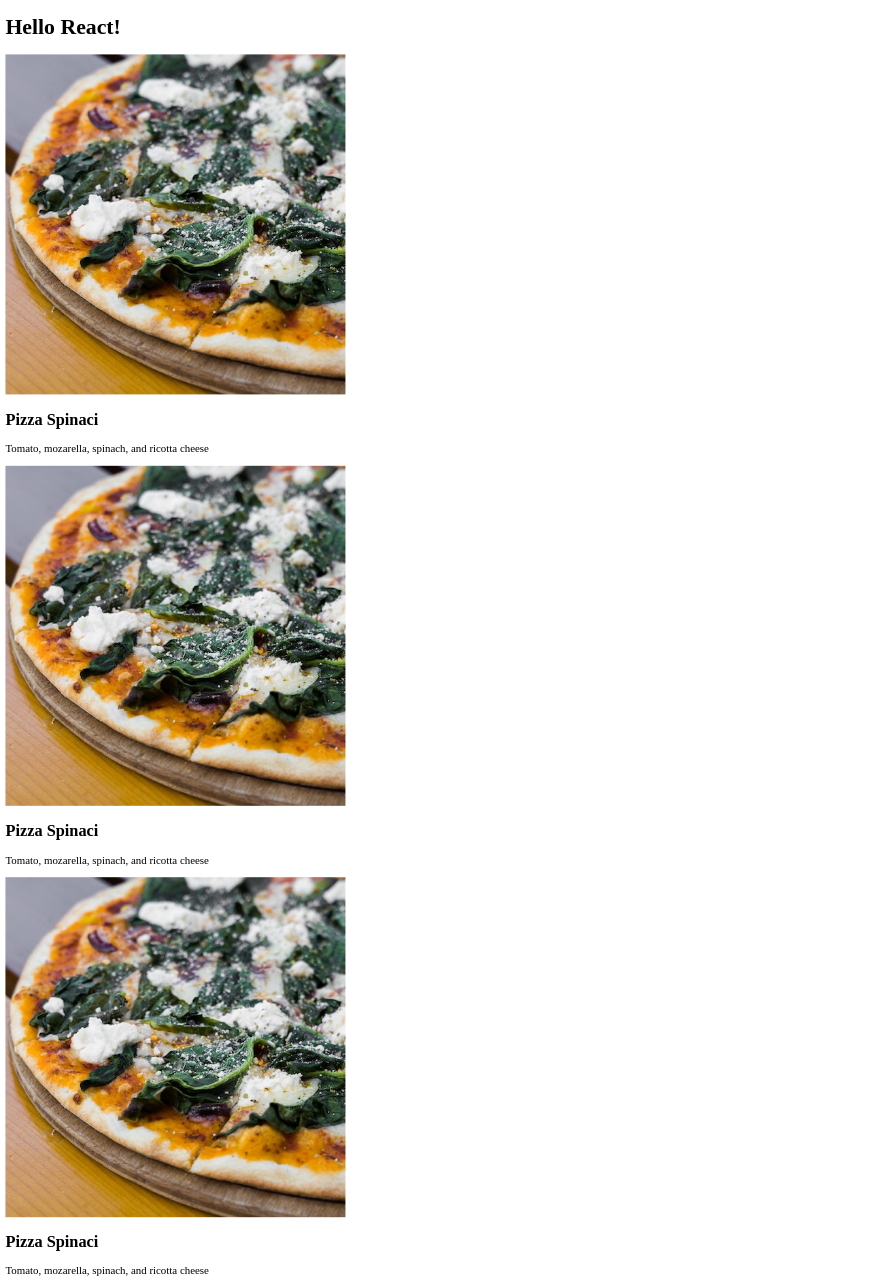
Repository: Alphosmart/03_pizza-menu
Page: /
The author's editor kept a copy of each file at every save. The page is drawn from the files as they stood at one save, then again after a run of saves.
The browser window is 1280 px wide. The pictures show the whole page, at 68% of full size.
The project was rebuilt for these pictures with package versions that can differ from the ones it lists, and the page was loaded fresh each time.

Above is the page before, as saved 2024-05-26 17:21:17.

After the next 2 saves:
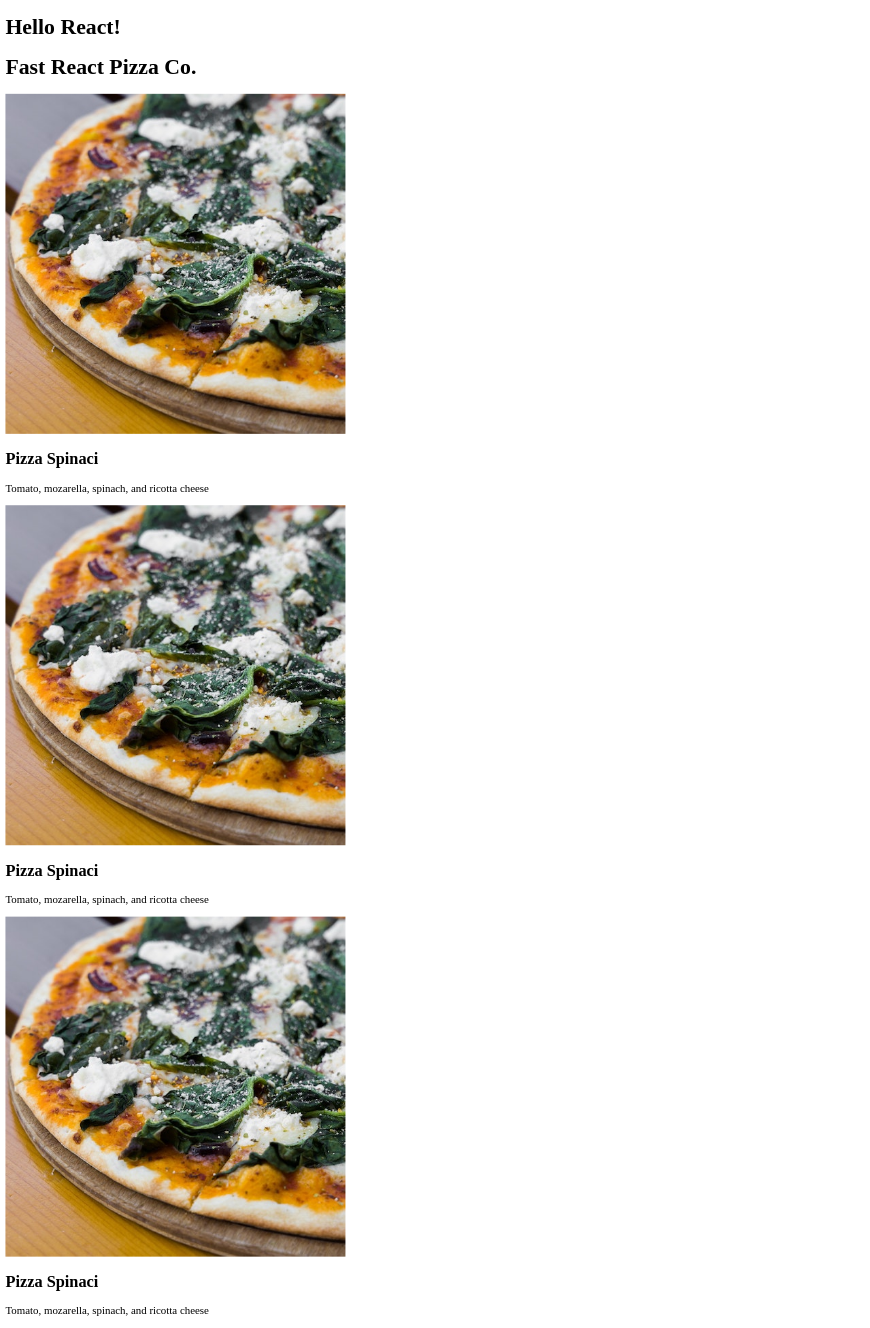
The 2 saves are shown as one change because 1 did not build or start.
The last was saved 3 min 20 s later.
--- a/src/index.js
+++ b/src/index.js
@@ -50,6 +50,7 @@ function App() {
   return (
     <div>
       <h1>Hello React!</h1>
+      <Header />
       <Pizza />
       <Pizza />
       <Pizza />
@@ -57,11 +58,15 @@ function App() {
   );
 }
 
-function Header() {}
+function Header() {
+  return <h1>Fast React Pizza Co.</h1>;
+}
 
 function Menu() {}
 
-function Footer() {}
+function Footer() {
+  return React.createElement("footer", null, "We're currently open!");
+}
 
 function Pizza() {
   return (
